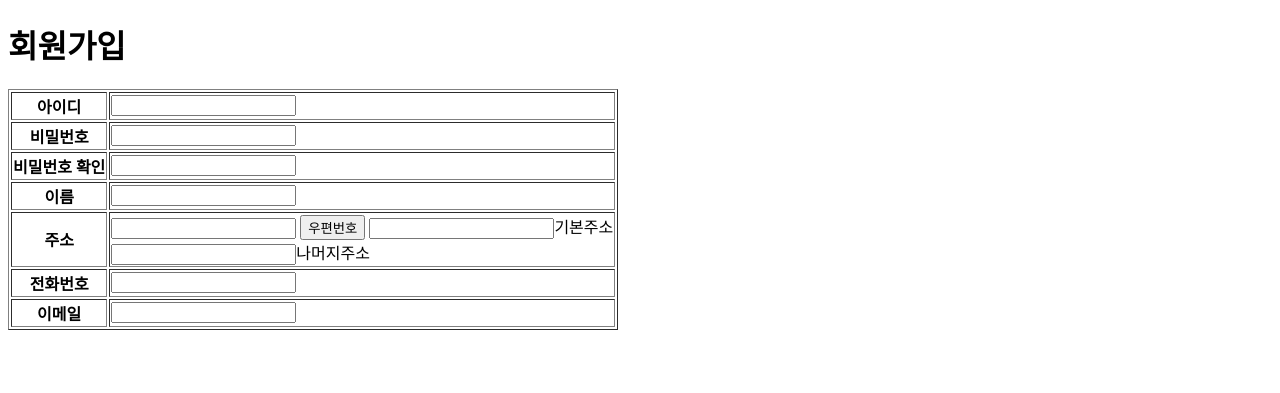
Repository: dhdhdht/Semi-login
Page: http://localhost/Semi_login/regist.jsp
These files come from the project's save history. The page is drawn as it stood at one moment and after the next save; the edit follows.
The browser window is 1280 px wide. The pictures show the whole page.
The page is served by Tomcat 9.

Above is the page before, as saved 2021-03-27 12:39:20.

After the next save:
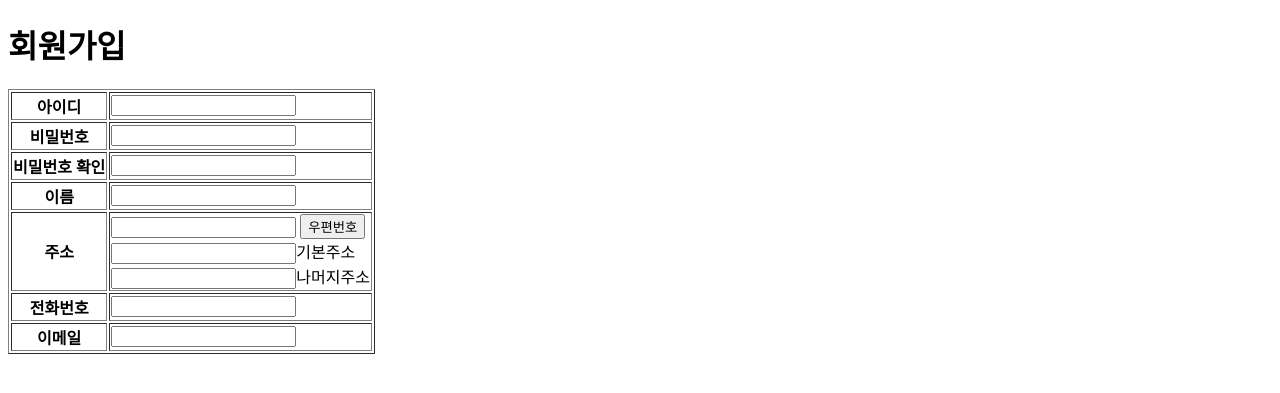
Saved 18 s later.
--- a/Semi_login/WebContent/regist.jsp
+++ b/Semi_login/WebContent/regist.jsp
@@ -68,8 +68,8 @@
 				<th>주소</th>
 				<td>
 					<input type="text" maxlength="14" readonly="readonly"/>
-					<input type="button" value="우편번호" onclick="jusoPopup();" />
-					<input type="text" />기본주소<br>
+					<input type="button" value="우편번호" onclick="jusoPopup();" /><br/>
+					<input type="text" />기본주소<br/>
 					<input type="text" />나머지주소
 				</td>
 			</tr>
